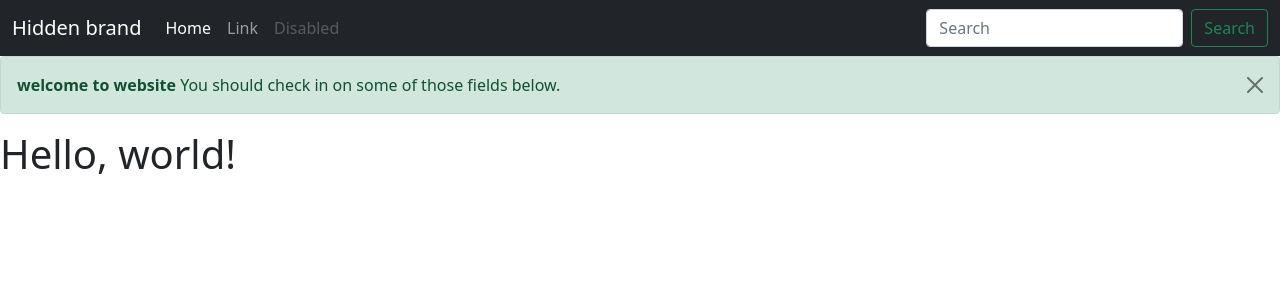
Repository: ritikalohia/Django-beginners-
Page: textutiles/templates/index.html
An editor plug-in stored every save of this project. The page is shown before and after a run of saves, followed by the edit.
The browser window is 1280 px wide. The pictures show the whole page.

Above is the page before, as saved 2021-05-22 19:34:02.

After the next 2 saves:
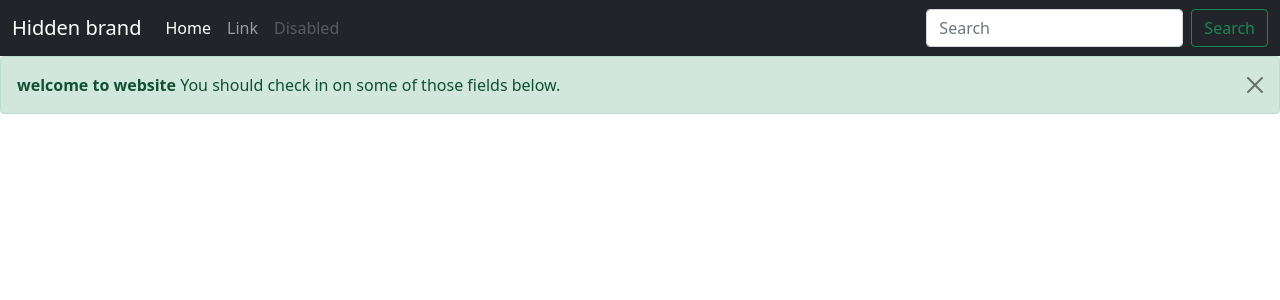
The 2 saves are shown as one change because they came seconds apart.
The last was saved 8 s later.
--- a/textutiles/templates/index.html
+++ b/textutiles/templates/index.html
@@ -41,7 +41,8 @@
         <strong>welcome to website</strong> You should check in on some of those fields below.
         <button type="button" class="btn-close" data-bs-dismiss="alert" aria-label="Close"></button>
     </div>
-    <h1>Hello, world!</h1>
+
+
 
     <!-- Optional JavaScript; choose one of the two! -->
 
